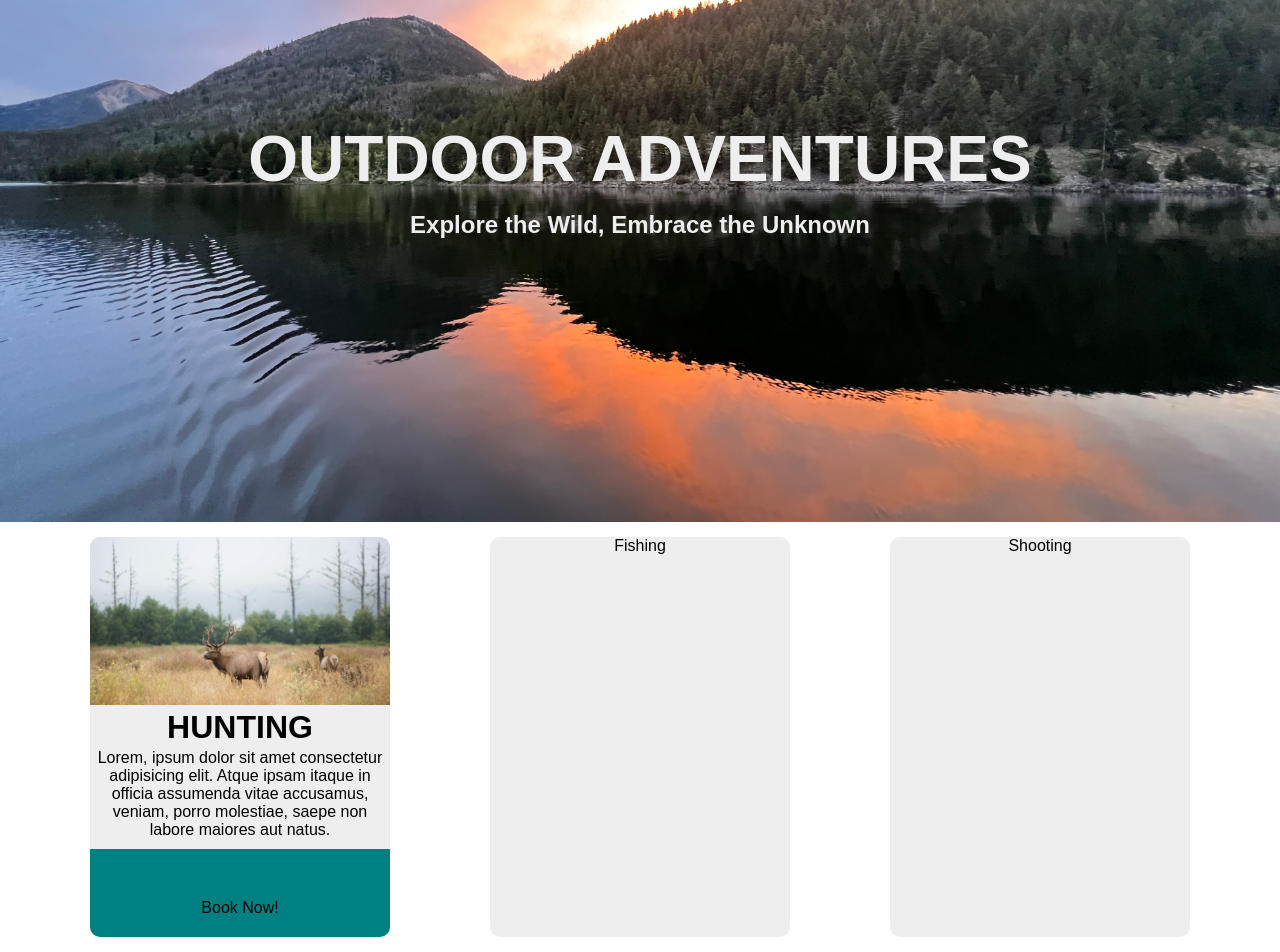
Repository: iforgotmylogin/WebDesignFinal
Page: index.html
An editor plug-in stored every save of this project. The page is shown before and after the next save, followed by the edit.
The browser window is 1280 px wide. The pictures show the part of the page from y = 290 to 1242 px (the page is 1242 px tall).
A picture or video elsewhere on the page could not be fetched, so the positions and the page height are approximate.

Above is the page before, as saved 2024-04-07 18:31:52.

### index.html
<!DOCTYPE html>
<html lang="en">
<head>
    <link rel="stylesheet" href="css/global.css">
    <link rel="stylesheet" href="css/navbar.css">
    <link rel="stylesheet" href="css/dropdown.css">
    <link rel="stylesheet" href="https://cdn.jsdelivr.net/npm/aos@2.3.4/dist/aos.css">
    <link rel="stylesheet" href="css/homepage.css">
    <meta http-equiv="X-UA-Compatible" content ="IE=edge">
    <meta charset="UTF-8">
    <meta name="viewport" content="width=device-width, initial-scale=1.0">
    <title>Outdoor Adventures</title>
</head>
<body>
    <header>
        <a href="#"><img src="images/outdoor-adventure-logo-color.png" alt="Logo" class="logo"></a>
       <nav>
        <ul>
            <li>
                <a href="#">About</a>
            </li>
            <li class="dropdown">
                <a href="html/Booking.html">Booking</a>
                <div class="dropdown-content">
                    <a href="#">Hunting</a>
                    <a href="#">Fishing</a>
                    <a href="#">Shooting</a>
                    <a href="#">ATV Rental</a>
                </div>
            </li>
            <li>
                <a href="html/Reviews.html">Reviews</a>
            </li>
            <li>
                <a href="#">Careers</a>
            </li>
            <li>
                <a href="#">Contact</a>
            </li>
        </ul>
    </nav>



    </header>
    <main class="hero_image">
        <h1>Outdoor Adventures</h1>
        <h2>Explore the Wild, Embrace the Unknown</h2>
    </main>

    <div class="container">
        <a  href="#" data-aos="fade-up" class="box hunting">
            <img src="images/HuntingBackdrop.jpg" alt="Image of an Elk">
            <h1>Hunting</h1>
            <p>Lorem, ipsum dolor sit amet consectetur adipisicing elit. Atque ipsam itaque in officia assumenda vitae accusamus, veniam, porro molestiae, saepe non labore maiores aut natus.</p>
            <div class="home-booking-button">
                Book Now!
            </div>
        </a>

        <div data-aos="fade-up" class="box Fishing">Fishing</div>

        <div data-aos="fade-up" class="box Shooting">Shooting</div>
    </div>



    <!-- Use <div data-aos="fade-up"><div> for really cool animations that use this java script!! -->
    <script src="https://cdn.jsdelivr.net/npm/aos@2.3.4/dist/aos.js"></script>
    <script>
      AOS.init();
    </script>
</body>
</html>

### css/global.css
*{
    font-family: Arial, Helvetica, sans-serif;
}
.hero_image{
    position: absolute;
    z-index: 1;
    margin: 0 auto;
    justify-content: center;
    top: 0px;
    padding: 50px;
    height: 600px;
    position: relative;
    background-image: url("../images/IMG_0679.jpeg");
    background-size: cover;
    background-position: center;
}

.hero_image h1{
    font-size: 400%;
    color: #eee;
    text-transform: uppercase;
    text-align: center;
    margin: 250px 0 auto;
}

.hero_image h2{
    margin: 15px 0 auto;
    text-align: uppercase;
    text-align: center;
    color:#eee;
}

h1.global{
    text-align: center;
}

#usrReview_1{
    outline: 2px solid red; /*This is for "debugging" where the div is and how it's behaving*/

    padding: 30px;
}

#userPfp{
    float: left;
    max-width: 90%;
    width: 200px;
    margin-right: 10px; /* adds some spacing between the image and the text*/

}

### css/navbar.css
body{
    margin:0px;
}


header{
    display: flex;
    justify-content: space-between;
    background-color: #eee;
    border-bottom: 5px white;
    box-shadow: 0 0 5px rgba(0,0,0,.2);
}

header .logo{
    height: 100px;
    padding:4px;
}

header nav{
    display: flex;
    align-items: center;
}
header nav ul{
    margin: 0px;
    padding: 0px;
    text-align: right;
    display: flex;
    width: 100%;
    justify-content: end;
}
header nav ul li{
    list-style-type: none;
}

header nav ul li a{
  text-decoration: none;
  color: #666;
  font-weight: bold;
  font-size:15px;
  text-transform:uppercase;
  font-family:Helvetica, sans-serif;
  padding:49px 30px;
  transition: all .3s linear;
}
header nav ul li a:hover{
    background-color:teal;
    color:white;
}

header nav ul li a.active{
    background-color: burlywood;
}

### css/dropdown.css
.dropbtn {
    background-color: #eee;
    color: white;
    padding: 16px;
    font-size: 16px;
    border: none;
  }

  .dropdown {
    align-items: center;
    display: inline-block;
  }

  .dropdown-content {
    display: none;
    position:absolute;
    background-color: #eee;
    min-width: 136px;
    box-shadow: 0px 8px 16px 0px rgba(0,0,0,0.2);
    z-index: 1;
    top: 14%;
    z-index: 2; /* Makes the dropdown menu appear over the hero image */
  }

  /* Links inside the dropdown */
  .dropdown-content a {
    color: black;
    padding: 12px 16px;
    text-decoration: none;
    text-align: center;
    display: block;
  }

  .dropdown-content a:hover {background-color: teal;}

  .dropdown:hover .dropdown-content {display: block;}

  .dropdown:hover .dropbtn {background-color: teal;}

### css/homepage.css
*{
    margin:0;
    padding:0;
}
.container{
    position:relative;
    width: 100%;
    height: auto;
    display: flex;
    flex-direction: row;
    justify-content: center;
}
.box{
    position: relative;
    width: 300px;
    height: 400px;
    background:#eee;
    text-align: center;
    margin: 15px;
    box-sizing: border-box;
    overflow: hidden;
    margin-left: 50px;
    margin-right: 50px;
    border-radius: 10px;
}
.container a{
    text-decoration: none;
    color:black;
}
.hunting img{
    width: 100%;
}
.hunting h1{
    padding-bottom: 3px;
    text-transform: uppercase;
}
.hunting p{
    padding-bottom: 10px;
}
.home-booking-button{
    padding-top: 50px;
    padding-bottom: 30px;
    background-color: teal;
}

After the next save:
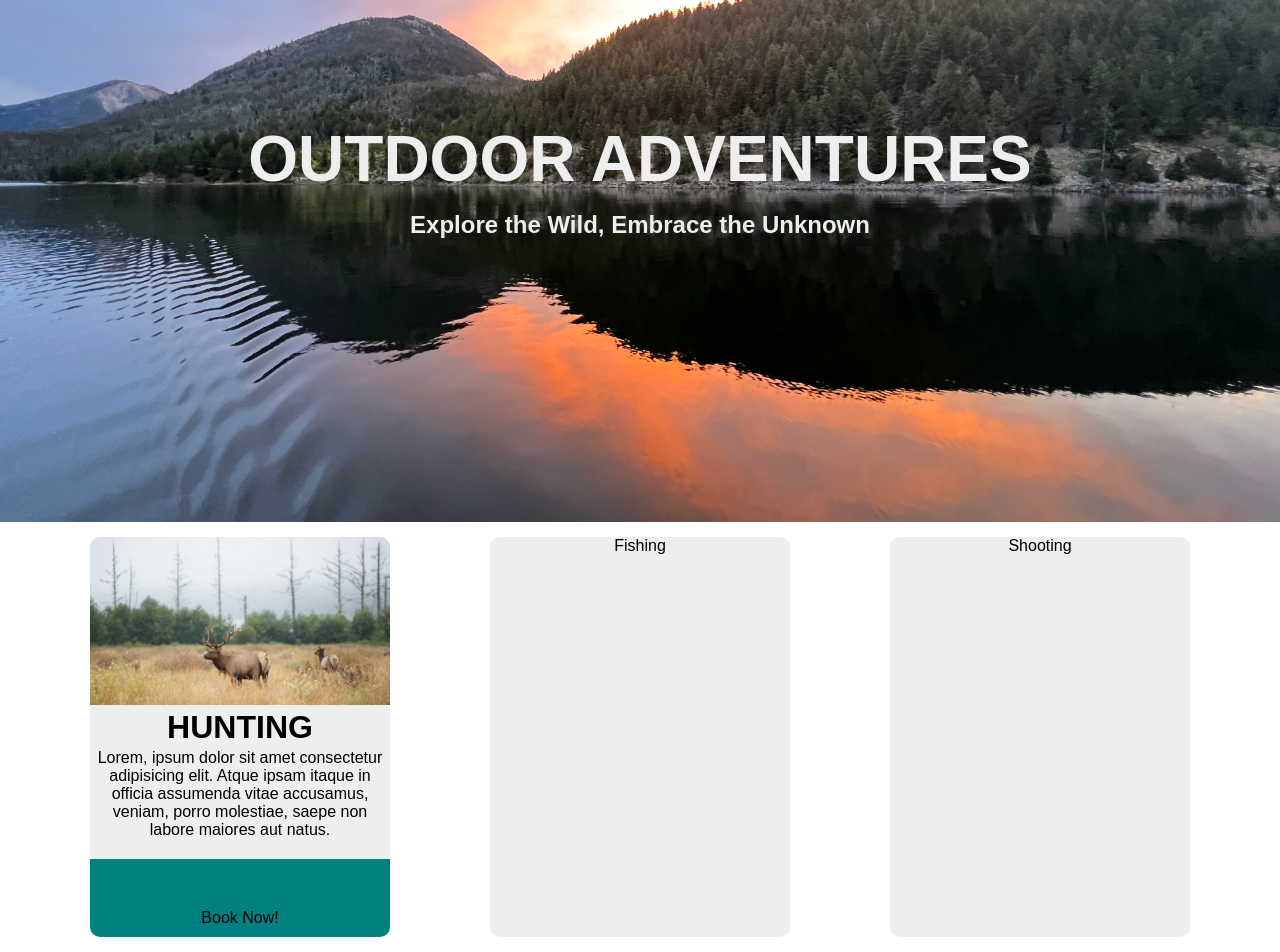
Saved 7 s later.
--- a/css/homepage.css
+++ b/css/homepage.css
@@ -35,7 +35,7 @@
     text-transform: uppercase;
 }
 .hunting p{
-    padding-bottom: 10px;
+    padding-bottom: 20px;
 }
 .home-booking-button{
     padding-top: 50px;
